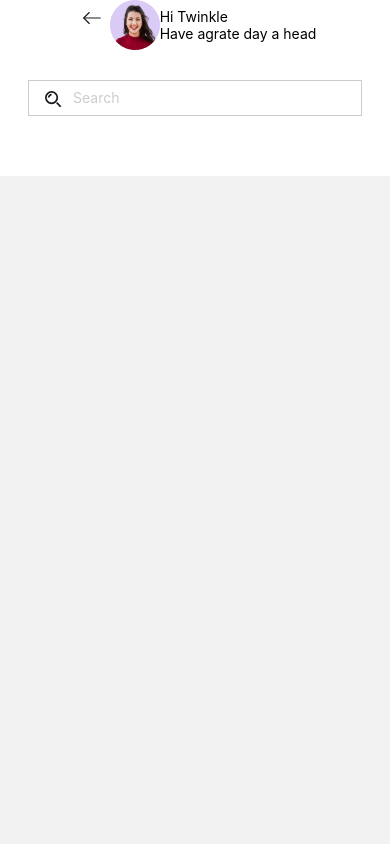
Repository: tungcutte35/TH_ReactNative_Tuan7
Screen: /Todos
An editor plug-in stored every save of this project. The screen is shown before and after a run of saves, followed by the edit.
The app was drawn by React Native's web renderer in a window 390 px wide. The project was rebuilt for these pictures with package versions that can differ from the ones it lists, and the page was loaded fresh each time.

Above is the screen before, as saved 2023-10-30 17:01:28.

### App.js
import { NavigationContainer } from "@react-navigation/native";
import { createNativeStackNavigator } from "@react-navigation/native-stack";

import { StatusBar } from "expo-status-bar";
import { StyleSheet, Text, View } from "react-native";
import Home from "./components/Home";
import Todos from "./components/Todos";

export default function App() {
  const Stack = createNativeStackNavigator();
  return (
    <NavigationContainer>
      <Stack.Navigator>
        <Stack.Screen
          name="Home"
          component={Home}
          options={{
            headerShown: false,
          }}
        />
        <Stack.Screen
          name="Todos"
          component={Todos}
          options={{
            headerShown: false,
          }}
        />
      </Stack.Navigator>
    </NavigationContainer>
  );
}

const styles = StyleSheet.create({
  container: {
    flex: 1,
    backgroundColor: "#fff",
    alignItems: "center",
    justifyContent: "center",
  },
});

### components/Home.js
import React from "react";
import {
  Image,
  Pressable,
  StyleSheet,
  Text,
  TextInput,
  View,
} from "react-native";
import { Img } from "../assets/img.png";
const Home = ({ navigation }) => {
  return (
    <View style={styles.container}>
      <View style={styles.img}>
        <Image style={styles.img} source={require("../assets/img.png")} />
      </View>
      <Text style={styles.text}> MANAGE YOUR TASK</Text>
      <View style={styles.viewInput}>
        <TextInput placeholder="Enter your name" style={styles.input} />
        <Image style={styles.img1} source={require("../assets/Frame.svg")} />
      </View>
      <Pressable
        style={styles.btn}
        onPress={() => navigation.navigate("Todos")}
      >
        <Text style={styles.text1}>GET STARTED</Text>
      </Pressable>
    </View>
  );
};

const styles = StyleSheet.create({
  container: {
    flex: 1,
    justifyContent: "center",
    alignItems: "center",
    backgroundColor: "#fff",
  },
  img: {
    marginBottom: 42,
    width: 271,
    height: 271,
  },
  img1: {
    width: 20,
    height: 20,
    position: "absolute",
    top: 9,
    left: 15,
  },
  text: {
    fontSize: 24,
    color: "rgba(131, 83, 226, 1)",
    fontWeight: 700,
    maxWidth: 200,
    textAlign: "center",
    marginBottom: 60,
  },
  viewInput: {
    marginHorizontal: 27,
    marginBottom: 60,
  },
  input: {
    paddingLeft: 44,
    paddingRight: 166,
    paddingTop: 8,
    paddingBottom: 9,
    border: "1px solid #ccc",
    color: "#ccc",
    width: 334,
  },
  btn: {
    backgroundColor: "rgba(0, 189, 214, 1)",
    paddingHorizontal: 30,
    paddingVertical: 9,
    borderRadius: 10,
  },
  text1: {
    color: "#fff",
    fontSize: 18,
  },
});
export default Home;

### components/Todos.js
import React from "react";
import { TextInput } from "react-native";
import { Image, StyleSheet, Text, View } from "react-native";

const Todos = () => {
  return (
    <View style={styles.container}>
      <View style={styles.view1}>
        <Image style={styles.img1} source={require("../assets/btnBack.svg")} />
        <View style={styles.viewbox}>
          <Image style={styles.img2} source={require("../assets/avt.png")} />

          <View style={styles.vText}>
            <Text style={styles.text1}>Hi Twinkle</Text>
            <Text style={styles.text2}>Have agrate day a head</Text>
          </View>
        </View>
      </View>
      <View style={styles.viewInput}>
        <TextInput placeholder="Search" style={styles.input} />
        <Image style={styles.img3} source={require("../assets/search.svg")} />
      </View>
    </View>
  );
};
const styles = StyleSheet.create({
  container: {
    // flex: 1,
    backgroundColor: "#fff",
    alignItems: "center",
    justifyContent: "center",
  },
  view1: {
    flexDirection: "row",
    marginBottom: 30,
  },
  viewbox: {
    flexDirection: "row",
    justifyContent: "center",
    alignItems: "center",
  },
  img1: {
    width: 36,
    height: 36,
  },
  img2: {
    width: 50,
    height: 50,
    justifyContent: "center",
    alignItems: "center",
  },
  img3: {
    width: 20,
    height: 20,
    position: "absolute",
    top: 9,
    left: 15,
  },

  viewInput: {
    marginHorizontal: 27,
    marginBottom: 60,
  },
  input: {
    paddingLeft: 44,
    paddingRight: 166,
    paddingTop: 8,
    paddingBottom: 9,
    border: "1px solid #ccc",
    color: "#ccc",
    width: 334,
  },
});
export default Todos;

After the next 2 saves:
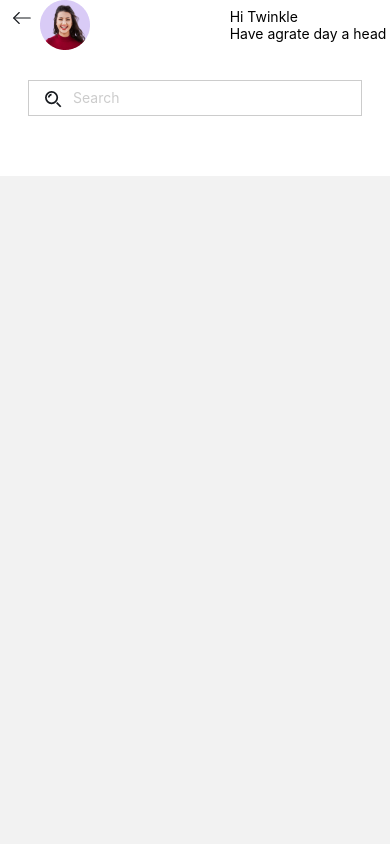
The 2 saves are shown as one change because 1 did not build or start.
The last was saved 28 s later.
--- a/components/Todos.js
+++ b/components/Todos.js
@@ -38,6 +38,7 @@
     flexDirection: "row",
     justifyContent: "center",
     alignItems: "center",
+    gap: 140,
   },
   img1: {
     width: 36,

After the save that followed:
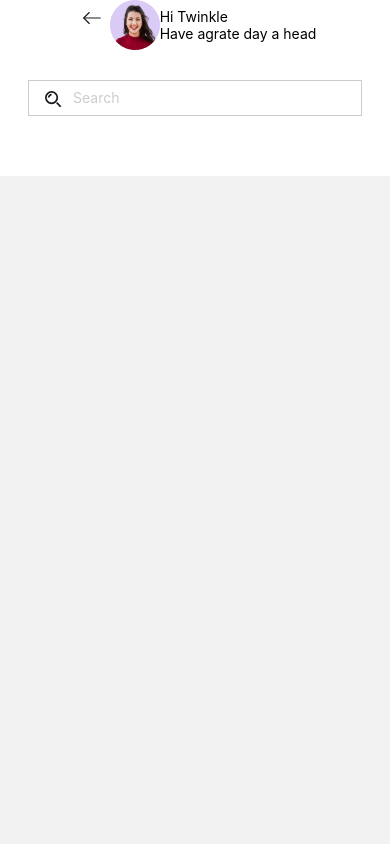
Saved 8 s later.
--- a/components/Todos.js
+++ b/components/Todos.js
@@ -38,7 +38,6 @@
     flexDirection: "row",
     justifyContent: "center",
     alignItems: "center",
-    gap: 140,
   },
   img1: {
     width: 36,
